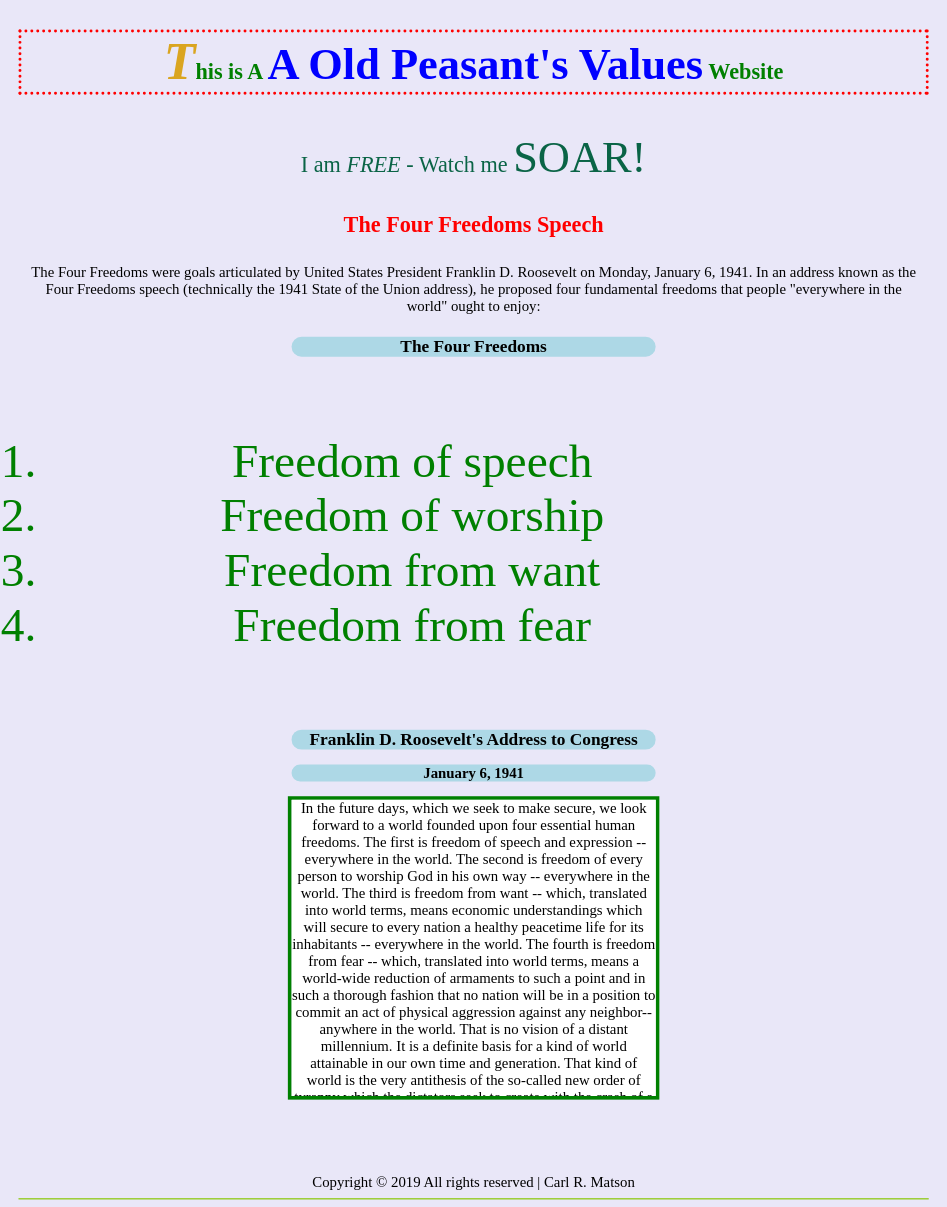
Repository: minefarmer/Peasant-Values
Page: index.html
The author's editor kept a copy of each file at every save. The page is drawn from the files as they stood at one save, then again after the next save.
The browser window is 1280 px wide. The pictures show the whole page, at 74% of full size.
An inner scrolling area shows only its first screen.

Above is the page before, as saved 2021-06-16 15:24:44.

### index.html
<!DOCTYPE html>
<html lang="en">
<head>
  <meta charset="UTF-8">
  <meta name="viewport" content="width=device-width, initial-scale=1.0">
  <meta http-equiv="X-UA-Compatible" content="ie=edge">
  <title>A Old Peasant's Values</title>
  <link rel="stylesheet" href="css/style.css">
  <link rel="img" href="img/image.jpeg">
  <script src="js/app.js"></script>
</head>
<body>




  <h1 class="siteh1">A Old Peasant's Values</h1>

  <div class="sitediv">
    <p>I am <em>FREE</em>  - Watch me <span class="soar">SOAR!</span></p>
  </div>

  <h2 style="color: red;">The Four Freedoms Speech</h2>

  <p>The Four Freedoms were goals articulated by United States President Franklin D. Roosevelt on Monday, January 6, 1941. In an address known as the Four Freedoms speech (technically the 1941 State of the Union address), he proposed four fundamental freedoms that people "everywhere in the world" ought to enjoy: </p>

  <h3>The Four Freedoms</h3>

  <p>
    <ol>
      <li>Freedom of speech</li>
      <li>Freedom of worship</li>
      <li>Freedom from want</li>
      <li>Freedom from fear</li>
    </ol>
  </p>

  <h3>Franklin D. Roosevelt's Address to Congress</h3>

  <h4>January 6, 1941</h4>

  <div class="overflow" id="width">In the future days, which we seek to make secure, we look forward to a world founded upon four essential human freedoms.

    The first is freedom of speech and expression -- everywhere in the world.

    The second is freedom of every person to worship God in his own way -- everywhere in the world.

    The third is freedom from want -- which, translated into world terms, means economic understandings which will secure to every nation a healthy peacetime life for its inhabitants -- everywhere in the world.

    The fourth is freedom from fear -- which, translated into world terms, means a world-wide reduction of armaments to such a point and in such a thorough fashion that no nation will be in a position to commit an act of physical aggression against any neighbor-- anywhere in the world.

    That is no vision of a distant millennium. It is a definite basis for a kind of world attainable in our own time and generation. That kind of world is the very antithesis of the so-called new order of tyranny which the dictators seek to create with the crash of a bomb.

    To that new order we oppose the greater conception -- the moral order. A good society is able to face schemes of world domination and foreign revolutions alike without fear.

    Since the beginning of our American history, we have been engaged in change -- in a perpetual peaceful revolution -- a revolution which goes on steadily, quietly adjusting itself to changing conditions -- without the concentration camp or the quick-lime in the ditch. The world order which we seek is the cooperation of free countries, working together in a friendly, civilized society.

    This nation has placed its destiny in the hands and heads and hearts of its millions of free men and women; and its faith in freedom under the guidance of God. Freedom means the supremacy of human rights everywhere. Our support goes to those who struggle to gain those rights or keep them. Our strength is our unity of purpose.

    To that high concept there can be no end save victory.

    From Congressional Record, 1941, Vol. 87, Pt. I. </div>
  <footer>
    Copyright &copy; 2019 All rights reserved | Carl R. Matson
  </footer>
  <hr>

</body>
</html>

### css/style.css
body{
  background-color: rgb(233, 231, 248);
  font-size: 20px;
  text-align: center;
  margin: 5px;
  padding-left: 20px;
  padding-right: 20px;
}

#width{
  width: 40%;
  transition-delay: 2s;
}

#width:hover{
  width: 80%;
}

h3, h4{
  margin: 20px 30%;
  background-color: lightblue;
  border-radius: 10rem;
}

p{
  padding: 10px;
}

hr{border: 1px solid yellowgreen;}

ol{
  color: green;
  font-size: 4rem;
  width: 80%;
  text-align: center;
}

.soar{font-size: 2em;}

.siteh1 {
  color: blue;
  font-size: 3em;
  text-align: center;
  border: 4px dotted red;
}
.sitediv {
  color:rgb(10, 100, 70);
  font-size: 1.5em;
  text-align: center;
}
h1::first-letter{
  font-size: 70px;
  font-style: italic;
  color: goldenrod;
}

h1::before{
  content: "This is A ";
  color: green;
  font-size: 50%;
}

h1::after{
  content: " Website";
  color: green;
  font-size: 50%;
}

.overflow{
  width: 40%;
  height: 400px;
  color: black;
  margin: 20px auto;
  margin-bottom: 100px;
  border: 5px solid green;
  background-color: white;
  overflow: scroll;
}

/* NEW WEBSITE ABOVE THIS POINT */

Loaded but not shown: js/app.js (no stored copy; drawn as an empty file)

After the next save:
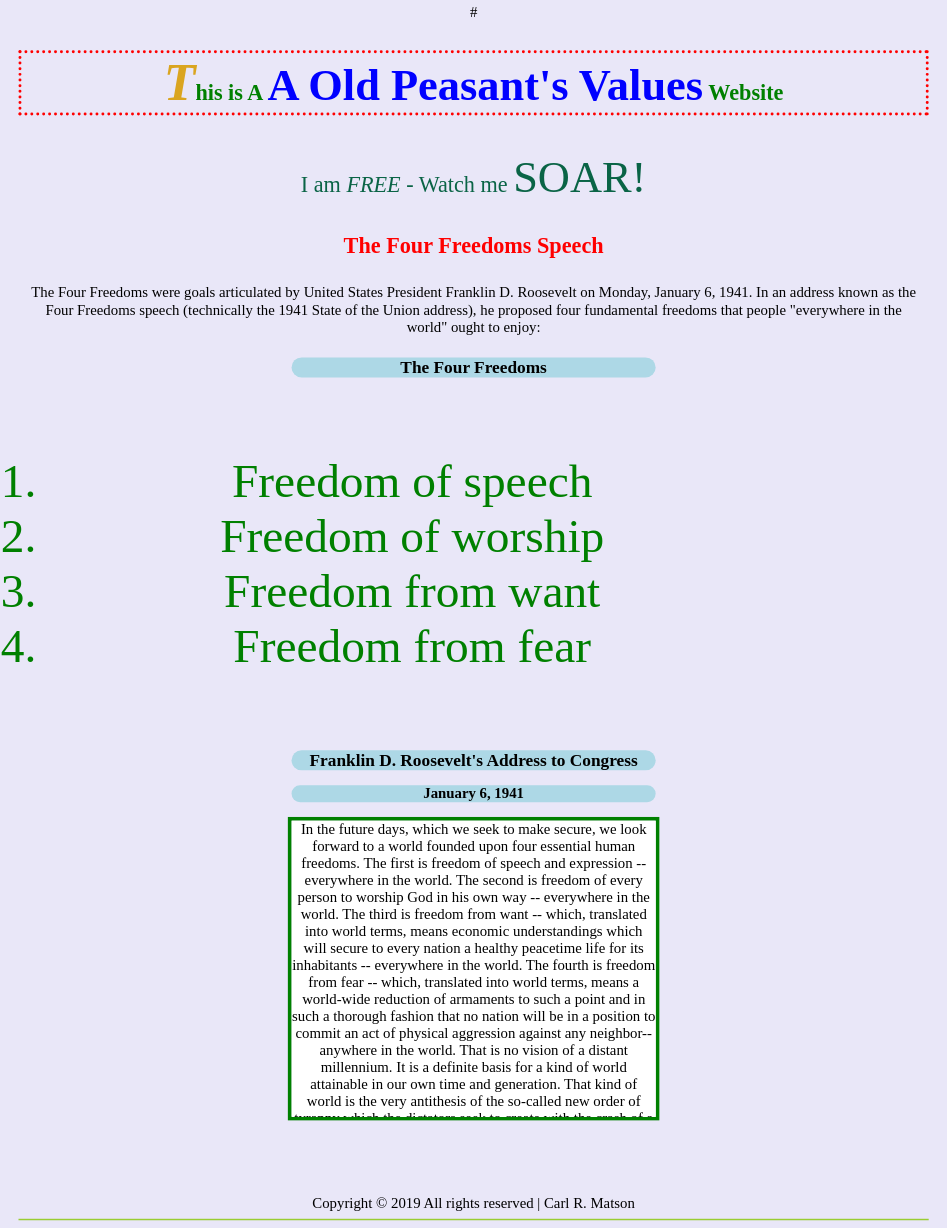
Saved 6 min 10 s later.
--- a/index.html
+++ b/index.html
@@ -6,7 +6,7 @@
   <meta http-equiv="X-UA-Compatible" content="ie=edge">
   <title>A Old Peasant's Values</title>
   <link rel="stylesheet" href="css/style.css">
-  <link rel="img" href="img/image.jpeg">
+  # <link rel="img" href="img/image.jpeg">
   <script src="js/app.js"></script>
 </head>
 <body>

After the save that followed:
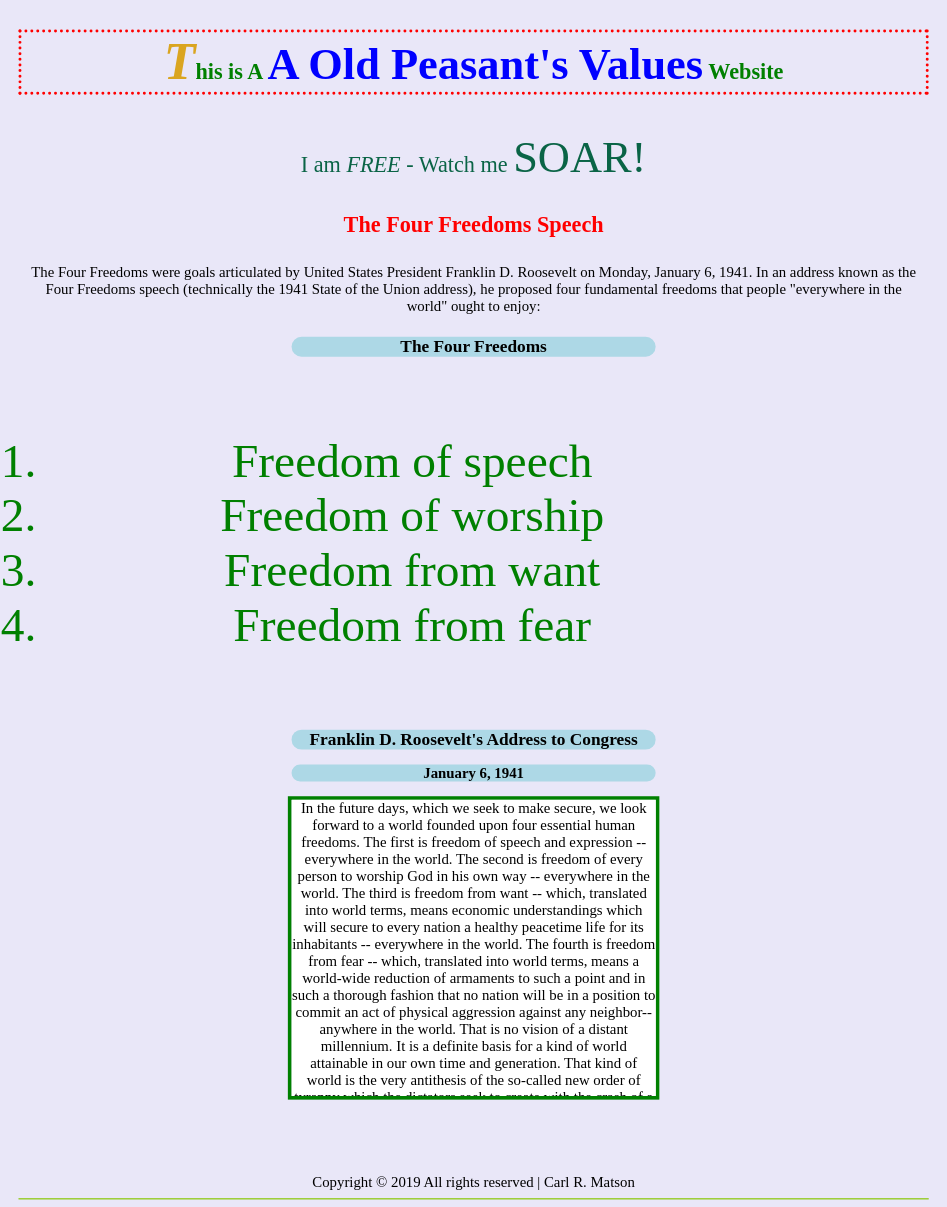
Saved 63 s later.
--- a/index.html
+++ b/index.html
@@ -6,7 +6,6 @@
   <meta http-equiv="X-UA-Compatible" content="ie=edge">
   <title>A Old Peasant's Values</title>
   <link rel="stylesheet" href="css/style.css">
-  # <link rel="img" href="img/image.jpeg">
   <script src="js/app.js"></script>
 </head>
 <body>
